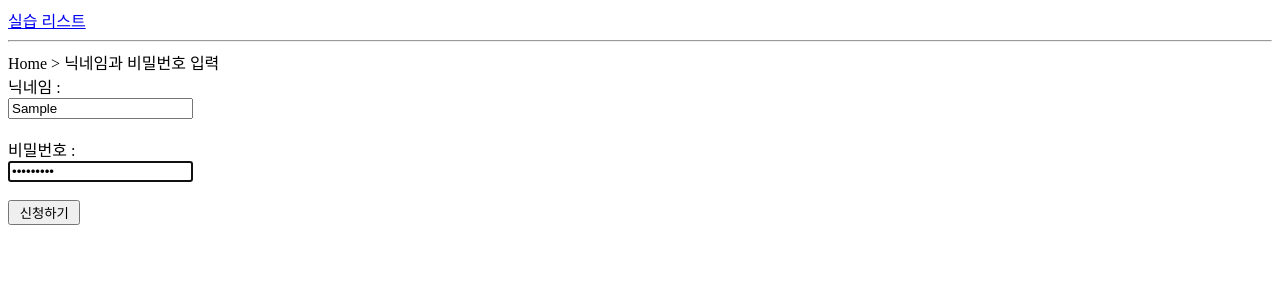
Repository: dhc518/WebProgramming_2023
Page: http://localhost/JSPStudy/ch05/isNaNcheck.jsp
An editor plug-in stored every save of this project. The page is shown before and after the next save, followed by the edit.
The browser window is 1280 px wide. The pictures show the whole page.
Empty fields were first filled with sample values (such as "Sample", 5 or name@example.com).
After loading, the first visible `form` was submitted once.
The page is served by Tomcat 9.

Above is the page before, as saved 2023-03-31 06:32:11.

After the next save:
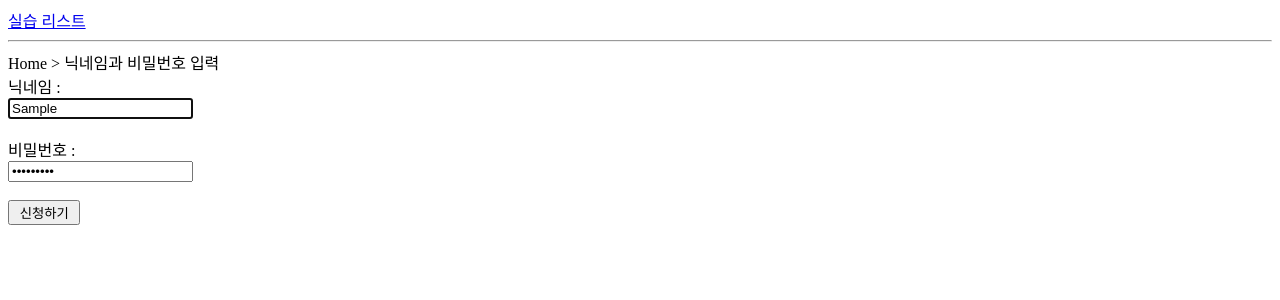
Saved 2 min 51 s later.
--- a/Project/JSPStudy/src/main/webapp/ch05/isNaNcheck.jsp
+++ b/Project/JSPStudy/src/main/webapp/ch05/isNaNcheck.jsp
@@ -10,7 +10,7 @@
 		var f = document.loginForm;
 		for(count = 0; count < f.sname.value.length; count++){
 			var ch = f.sname.value.charAt(count);
-			if((ch < 'A' || ch > 'z') && (ch > 'a' || ch < 'z') && (ch > '0' || ch < '9')){
+			if((ch < 'A' || ch > 'Z') && (ch > 'a' || ch < 'z') && (ch > '0' || ch < '9')){
 				alert("닉네임은 영문 대문자로만 입력해주세요. ");
 				f.sname.focus();
 				return false;
